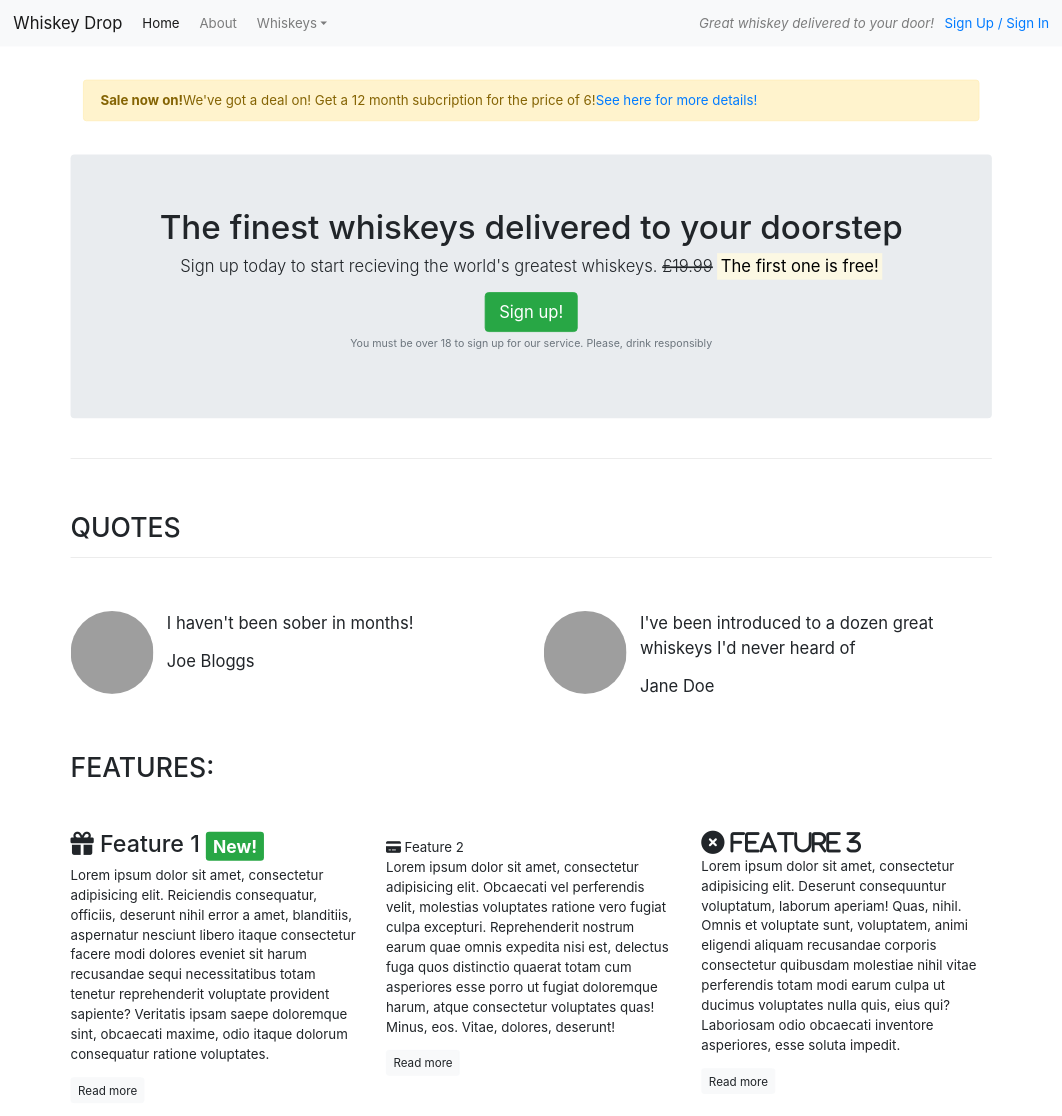
Repository: Matt-F90/Intro-to-bootstrap
Page: index.html
The author's editor kept a record of every edit. The page is drawn from the files as they stood at one moment, then again after the next edit.
The browser window is 1280 px wide. The pictures show the whole page, at 83% of full size.
Pictures or frames that could not be fetched are drawn as grey boxes. Some web libraries are served in a nearby version.

Above is the page before.
Console error: TypeError: Cannot read properties of undefined (reading 'fn')

After the next edit:
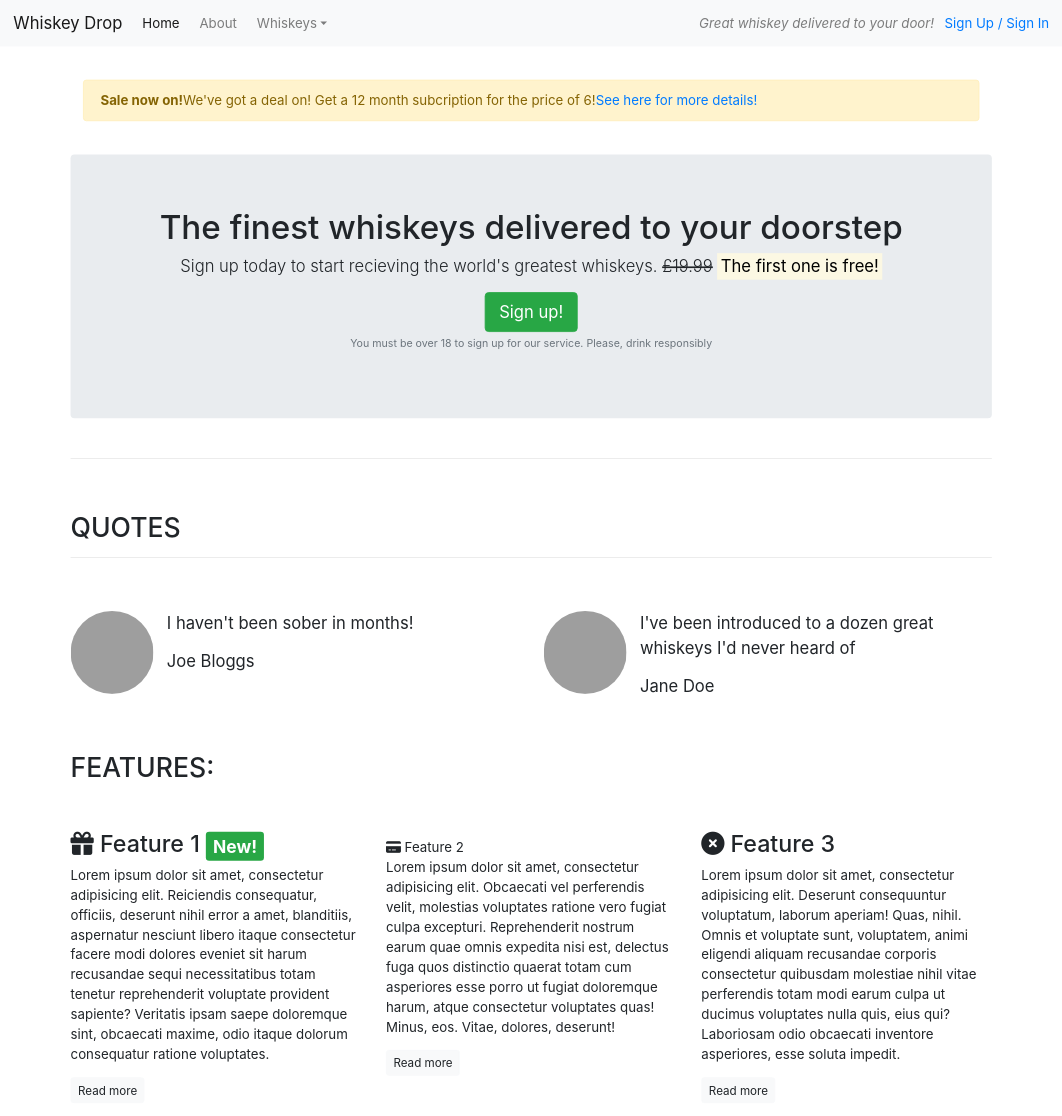
The edit:
--- a/index.html
+++ b/index.html
@@ -126,7 +126,7 @@
                     </div>
                     <div class="col-12 d-md-none d-lg-block col-lg-4">
                         <div class="feature">
-                            <h3 <i class="fas fa-times-circle d-none d-sm-inline">
+                            <h3><i class="fas fa-times-circle d-none d-sm-inline">
                                 </i> Feature 3</h3>
                             <p>Lorem ipsum dolor sit amet, consectetur adipisicing elit. Deserunt consequuntur voluptatum, laborum aperiam! Quas, nihil. Omnis et voluptate sunt, voluptatem, animi eligendi aliquam recusandae corporis consectetur quibusdam
                                 molestiae nihil vitae perferendis totam modi earum culpa ut ducimus voluptates nulla quis, eius qui? Laboriosam odio obcaecati inventore asperiores, esse soluta impedit.</p>
